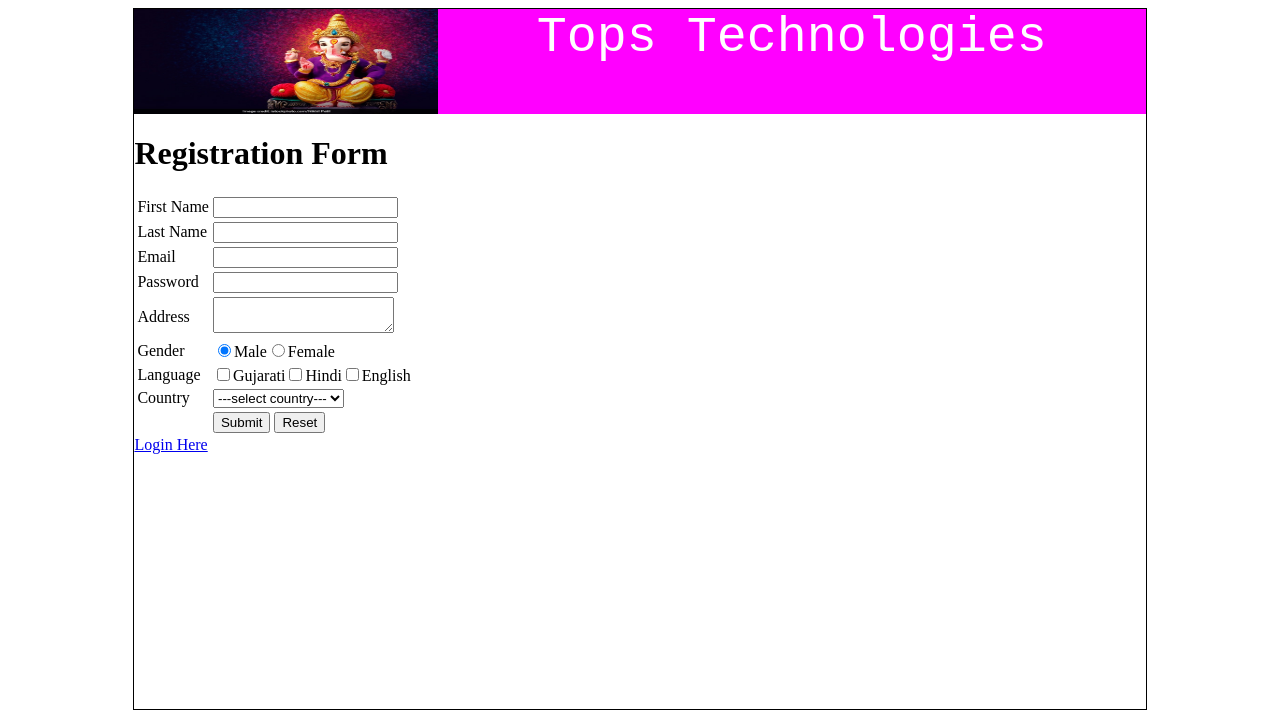
Repository: Laxman877/MyWorkspace
Page: Corejava/Learning_Web/src/main/webapp/division.html
These files come from the project's save history. The page is drawn as it stood at one moment and after the next save; the edit follows.
The browser window is 1280 px wide. The pictures show the whole page.

Above is the page before, as saved 2022-04-27 05:40:47.

After the next save:
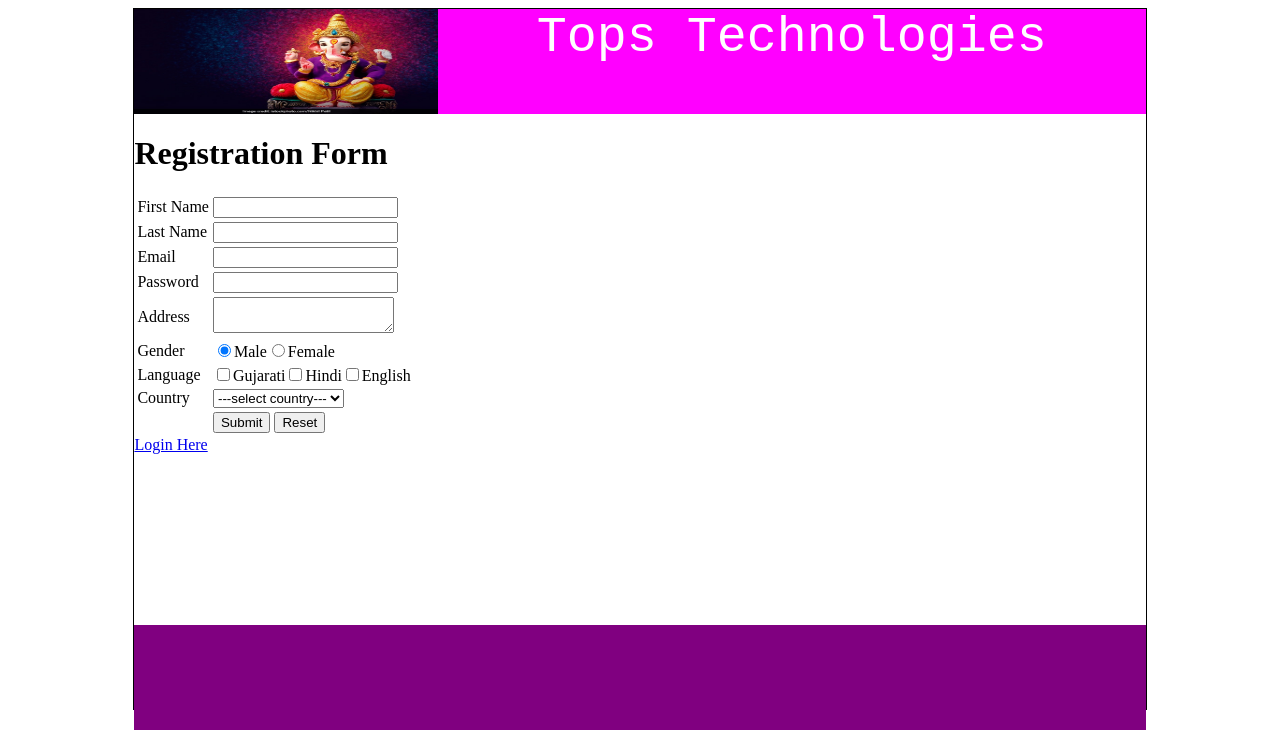
Saved 54 s later.
--- a/Corejava/Learning_Web/src/main/webapp/css/style1.css
+++ b/Corejava/Learning_Web/src/main/webapp/css/style1.css
@@ -34,3 +34,8 @@
 {
 	height: 70%;
 }
+#footer
+{
+	height: 15%;
+	background-color: purple;
+}
